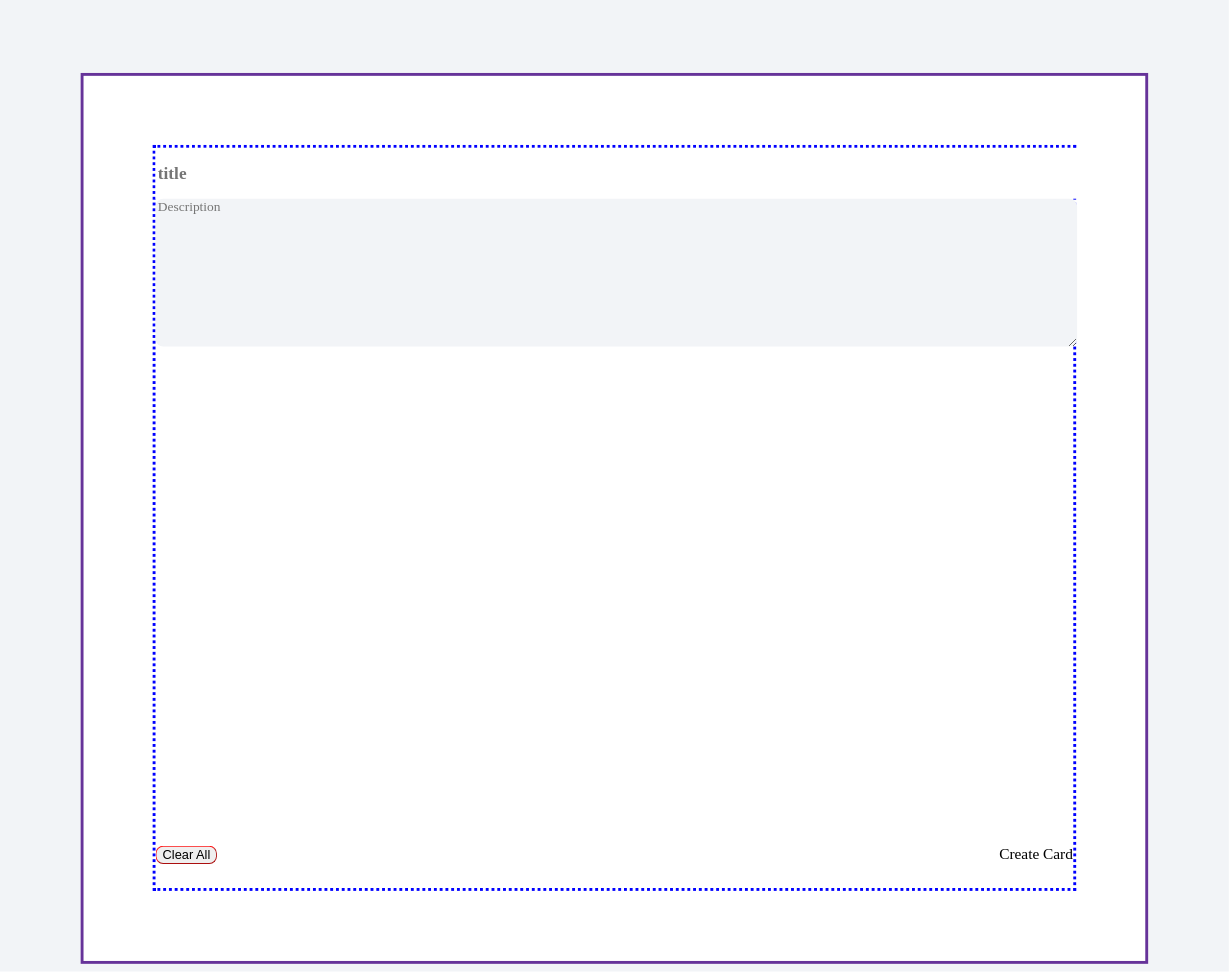
Repository: ReyhanehRahmani/TO-DO
Page: index.html
These files come from the project's save history. The page is drawn as it stood at one moment and after the next save; the edit follows.
The browser window is 1280 px wide. The pictures show the whole page, at 96% of full size.

Above is the page before, as saved 2025-06-07 22:34:58.

### index.html
<!DOCTYPE html>

<html lang="en">

    <head>

        <meta name="viewport" content="width=device-width, initial-scale=1.0" />

        <title>TO-DO</title>

        <link rel="icon" type="image/jpg" href="favicon.png">

        <link rel="stylesheet" href="style.css">

    </head>
    <body>
        <div id="main-card">
            <div id="content">
                <div >
                <div id="title">
                    <input type="text" id="titlebox" minlength="3" maxlength="30" placeholder="title">
                </div>
                <div id="description">
                    <textarea type="text" id="descriptionbox" maxlength="200" placeholder="Description"></textarea>
                </div>
                </div>

                <div id="buttons">
                    <div id="clear"><button id="clearbut">Clear All</button></div>
                    <div id="creat">Create Card</div>
                </div>
            </div>
        </div>
    </body>

### style.css
body{
    background-color: #F2F4F7;
}



#main-card{
    margin-left: 6%;
    margin-right: 6%;
    margin-top: 6%;
    background-color: #FFFFFF;
    border: solid rebeccapurple;
}

#content{
    margin-right: 6.557377049%;
    margin-left: 6.557377049%;
    margin-top: 6.557377049%;
    margin-bottom: 6.557377049%;
    border: dotted blue;
}

#titlebox{
    font-family: Poppins;
    font-weight: 700;
    font-size: 18px;
    line-height: 150%;
    letter-spacing: -2%;
    border: none;
    width: 100%;
    height: 51px;
}

#descriptionbox{
    border: none;
    width: 100%;
    font-family: 'Poppins';
    font-weight: 500;
    font-size: 14px;
    line-height: 100%;
    letter-spacing: -3%;
    height: 150px;
    border-radius: 8px;
    background: #F2F4F7;

}

#content{
    display: flex;
    flex-direction: column;
    justify-content: space-between;
    gap: 516px;
}

#buttons{
    display: flex;
    justify-content: space-between;
    gap: 100px;


}

#clear{
    width: 30.503144654%;
    height: 44px;
}

#clearbut{
    border-radius: 8px;
    border-width: 1.4px;
    border-color: #FF1616;
    text-align: center;
    justify-content: center;
}

After the next save:
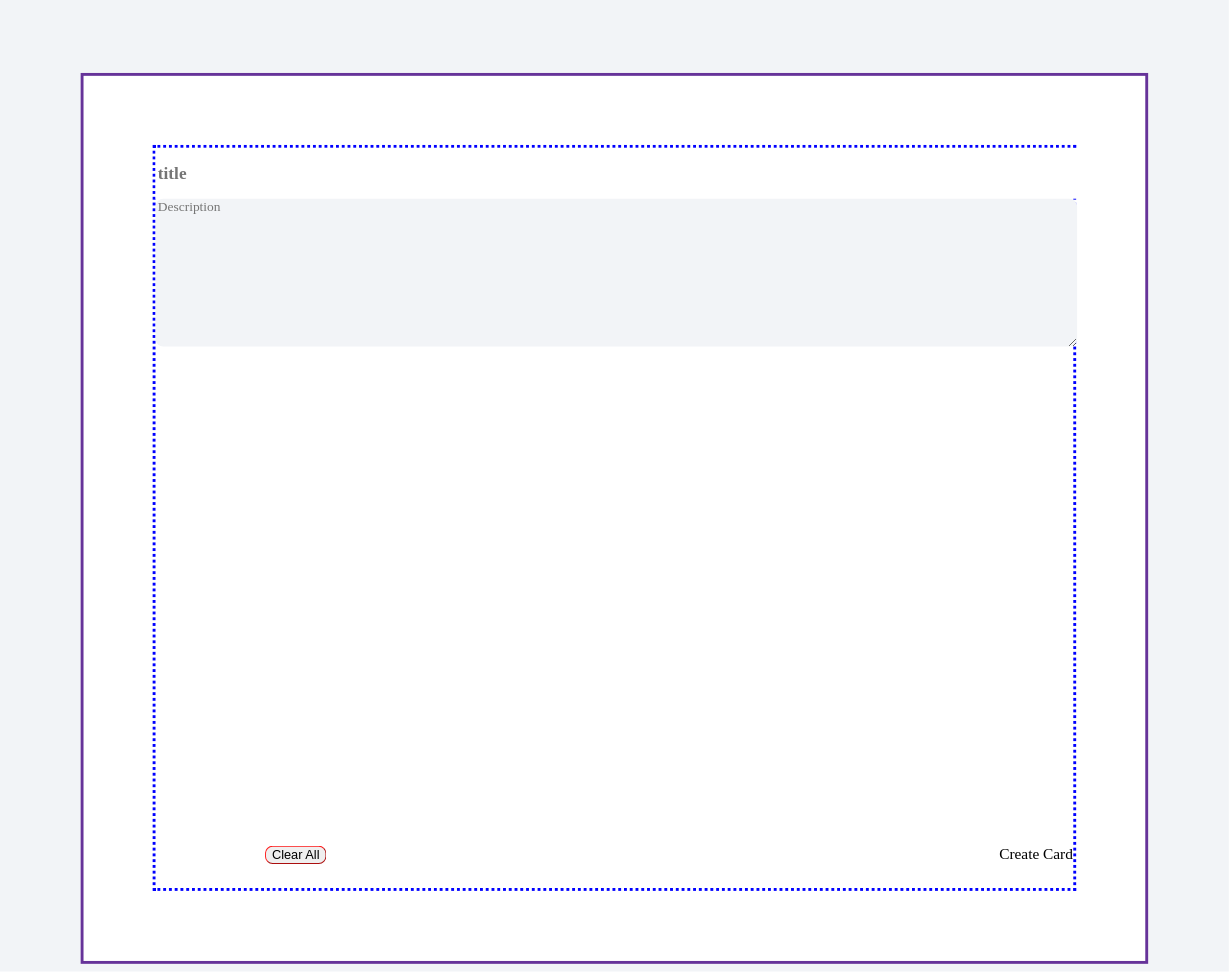
Saved 17 s later.
--- a/style.css
+++ b/style.css
@@ -63,12 +63,13 @@ body{
 #clear{
     width: 30.503144654%;
     height: 44px;
+    text-align: center;
+    justify-content: center;
 }
 
 #clearbut{
     border-radius: 8px;
     border-width: 1.4px;
     border-color: #FF1616;
-    text-align: center;
-    justify-content: center;
+
 }
